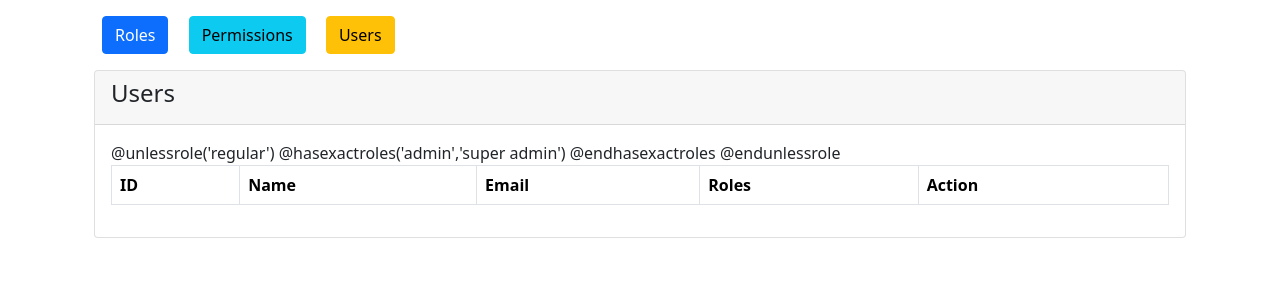
Repository: viisantos/permission_demo
Page: http://localhost/users
An editor plug-in stored every save of this project. The page is shown before and after the next save, followed by the edit.
The browser window is 1280 px wide. The pictures show the whole page.
The page is served by the project's Laravel application, run on PHP 8.4 with Laravel 10. Other server files are loaded and not shown. Queries for data that is not in the repository find no rows.

Above is the page before, as saved 2024-06-22 17:55:47.

### routes/web.php
<?php

use App\Http\Controllers\ProfileController;
use Illuminate\Support\Facades\Route;

/*
|--------------------------------------------------------------------------
| Web Routes
|--------------------------------------------------------------------------
|
| Here is where you can register web routes for your application. These
| routes are loaded by the RouteServiceProvider and all of them will
| be assigned to the "web" middleware group. Make something great!
|
*/

Route::get('/', function () {
    return view('welcome');
});

Route::get('/dashboard', function () {
    return view('dashboard');
})->middleware(['auth', 'verified'])->name('dashboard');

/*
Route::middleware('auth')->group(function () {

});*/

Route::group(['middleware' => ['role:super-admin|admin|regular']], function () {
    Route::get('/profile', [ProfileController::class, 'edit'])->name('profile.edit');
    Route::patch('/profile', [ProfileController::class, 'update'])->name('profile.update');
    Route::delete('/profile', [ProfileController::class, 'destroy'])->name('profile.destroy');
    Route::name('profile.destroy')->middleware('permission:delete role');
    Route::resource('permissions', App\Http\Controllers\PermissionController::class);
    //Route::get('permissions/{permissionId}/delete', [App\Http\Controllers\PermissionController::class, 'destroy']);
    Route::resource('roles', App\Http\Controllers\RoleController::class);
   // Route::get('roles/{roleId}/delete', [App\Http\Controllers\RoleController::class, 'destroy']);
    Route::get('roles/{role}/add-permissions', [App\Http\Controllers\RoleController::class, 'addPermissionToRole'])->name('roles.add-permissions');
    Route::put('roles/{role}/give-permissions', [App\Http\Controllers\RoleController::class, 'givePermissionToRole'])->name('roles.give-permissions');
    Route::resource('users', App\Http\Controllers\UserController::class);
    //Route::get('users/{userId}/delete', [App\Http\Controllers\UserController::class, 'destroy']);
});

require __DIR__.'/auth.php';

### app/Http/Controllers/UserController.php
<?php

namespace App\Http\Controllers;

use Illuminate\Http\Request;
use App\Models\User;
use Illuminate\Support\Facades\Hash;
use Spatie\Permission\Models\Role;

class UserController extends Controller
{
    public function __construct(){
        $this->middleware('permission:delete user', ['only' => ['destroy']]);
        $this->middleware('permission:update user', ['only' => ['update','edit']]);
        $this->middleware('permission:view user',   ['only' => ['index','show']]);
        $this->middleware('permission:create user', ['only' => ['create','store']]);
    }
    public function index(){
        $users = User::get();
        return view('role-permission.user.index', compact('users'));
    }

    public function create(){
        $roles = Role::pluck('name','name')->all();
        return view('role-permission.user.create', compact('roles'));
    }
    public function store(Request $request){
      /*
        $request->validate([
            'name' => 'required|string|max:255',
            'email' => 'required|email|max:255',
            'password' => 'required|string|min:8|max:20',
            'roles' => 'required'
        ]);*/


        $user = User::create([
            'name'  => $request->name,
            'email' => $request->email,
            'password' => Hash::make($request->password),
        ]);


        $user->syncRoles($request->roles);


        return redirect('/users')->with('status','User created successfully with roles');

    }

    public function edit(User $user){
        $roles = Role::pluck('name','name')->all();
        $userRoles = $user->roles->pluck('name','name')->all();
        return view('role-permission.user.edit', compact('user','roles','userRoles'));
    }

    public function update(Request $request, User $user){

        $data = [
            'name'  => $request->name,
            'email' => $request->email
        ];

        if(!empty($request->password)){
            $data += [
                'password' => Hash::make($request->password),
            ];
        }

        $user->update($data);
        $user->syncRoles($request->roles);

        return redirect('/users')->with('status','User updated successfully');
    }

    public function destroy(User $user){
        //$user = User::findOrFail($userId);
        $user->delete();
        return redirect('/users')->with('status','User deleted successfully');
    }
}

### resources/views/role-permission/user/index.blade.php
<head>
    <link href="https://cdn.jsdelivr.net/npm/bootstrap@5.3.2/dist/css/bootstrap.min.css" rel="stylesheet" integrity="sha384-T3c6CoIi6uLrA9TneNEoa7RxnatzjcDSCmG1MXxSR1GAsXEV/Dwwykc2MPK8M2HN" crossorigin="anonymous">
    <link rel="stylesheet" href="https://cdn.jsdelivr.net/npm/bootstrap@5.1.3/dist/css/bootstrap.min.css" />
</head>
@include('role-permission.nav-links')
<div class="container">
    <div class="row">
        <div class="col-md-12">
            @if(session('status'))
                <div class="alert alert-success">
                    {{ session('status') }}
                </div>
            @endif
            <div class="card mt-3">
                <div class="card-header">
                    <h4>Users</h4>
                    @can('create user')
                        <a href="{{ route('users.create') }}" class="btn btn-primary float-end">Add User</a>
                    @endcan
                </div>
                <div class="card-body">
                    <table class="table table-bordered table-striped">
                        <thead>
                            <tr>
                                <th>ID</th>
                                <th>Name</th>
                                <th>Email</th>
                                <th>Roles</th>

                                @unlessrole('regular')
                                    @hasexactroles('admin','super admin')
                                        <th>Action</th>
                                    @endhasexactroles
                                @endunlessrole

                            </tr>
                        </thead>
                        <tbody>
                            @foreach($users as $user)
                                <tr>
                                    <td>{{ $user->id }}</td>
                                    <td>{{ $user->name }}</td>
                                    <td>{{ $user->email }}</td>
                                    <td>
                                        @if(!empty($user->getRoleNames()))
                                            @foreach($user->getRoleNames() as $rolename)
                                                <label class="badge bg-primary mx-1">{{ $rolename }}</label>
                                            @endforeach
                                        @endif
                                    </td>
                                    @unlessrole('regular')
                                        @hasrole('admin')
                                            <td>
                                                @can('update user')
                                                    <a href="{{ route('users.edit', ['user' => $user->id]) }}" class="btn btn-success">Edit</a>
                                                @endcan
                                                @can('delete user')
                                                    <form action="{{ route('users.destroy', $user->id) }}" method="POST" style="display: inline;">
                                                        @csrf
                                                        @method('DELETE')
                                                        <button type="submit" class="btn btn-danger">Delete</button>
                                                    </form>
                                                @endcan
                                            </td>
                                        @endhasrole
                                    @endunlessrole
                                </tr>
                            @endforeach
                        </tbody>
                    </table>
                </div>
            </div>
        </div>
    </div>
</div>

### resources/views/role-permission/nav-links.blade.php
<div class="container mt-3">
    <a href="{{ route('roles.index') }}" class="btn btn-primary mx-2">Roles</a>
    <a href="{{ route('permissions.index') }}" class="btn btn-info mx-2">Permissions</a>
    <a href="{{ route('users.index') }}" class="btn btn-warning mx-2">Users</a>
</div>

Loaded but not shown: routes/auth.php (common file); app/Http/Controllers/Auth/EmailVerificationPromptController.php (common file); app/Http/Controllers/Controller.php (common file); app/Http/Controllers/Auth/VerifyEmailController.php (common file); app/Models/User.php (common file)

After the next save:
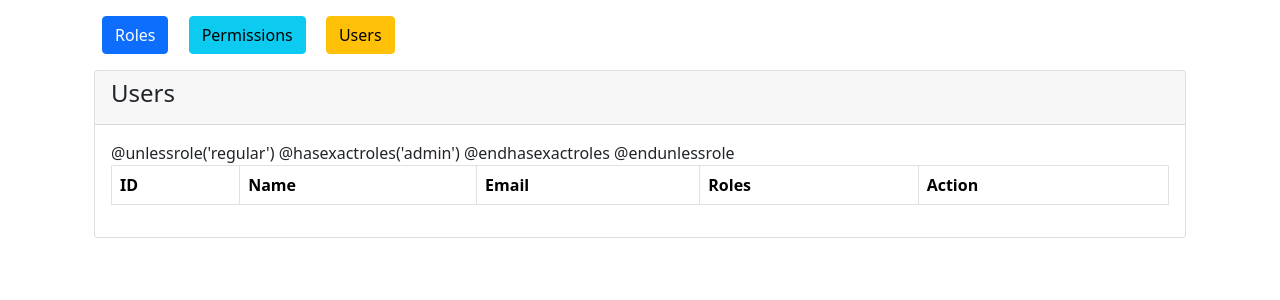
Saved 19 s later.
--- a/resources/views/role-permission/user/index.blade.php
+++ b/resources/views/role-permission/user/index.blade.php
@@ -28,7 +28,7 @@
                                 <th>Roles</th>
 
                                 @unlessrole('regular')
-                                    @hasexactroles('admin','super admin')
+                                    @hasexactroles('admin')
                                         <th>Action</th>
                                     @endhasexactroles
                                 @endunlessrole
